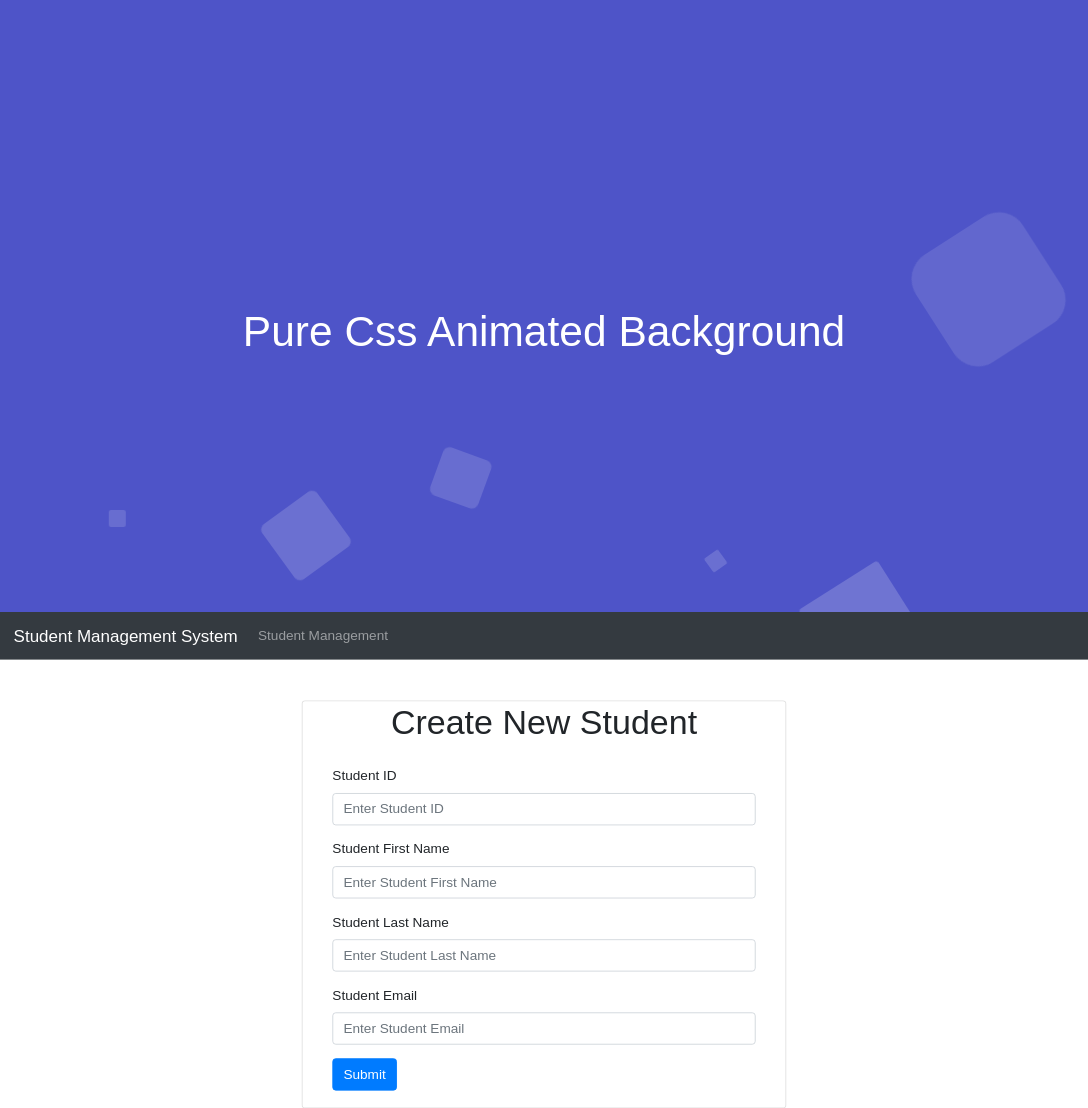
Repository: Luckysenapati/student-management-system
Page: http://localhost/create_student
The author's editor kept a copy of each file at every save. The page is drawn from the files as they stood at one save, then again after the next save.
The browser window is 1280 px wide. The pictures show the whole page, at 85% of full size.
Some web fonts or font styles are not loaded; a fallback is used. The page is this project's Thymeleaf template; nobody is signed in. The template is opened directly, without the code that normally fills it, so the values that code supplies are empty.

Above is the page before, as saved 2024-12-22 15:27:41.

After the next save:
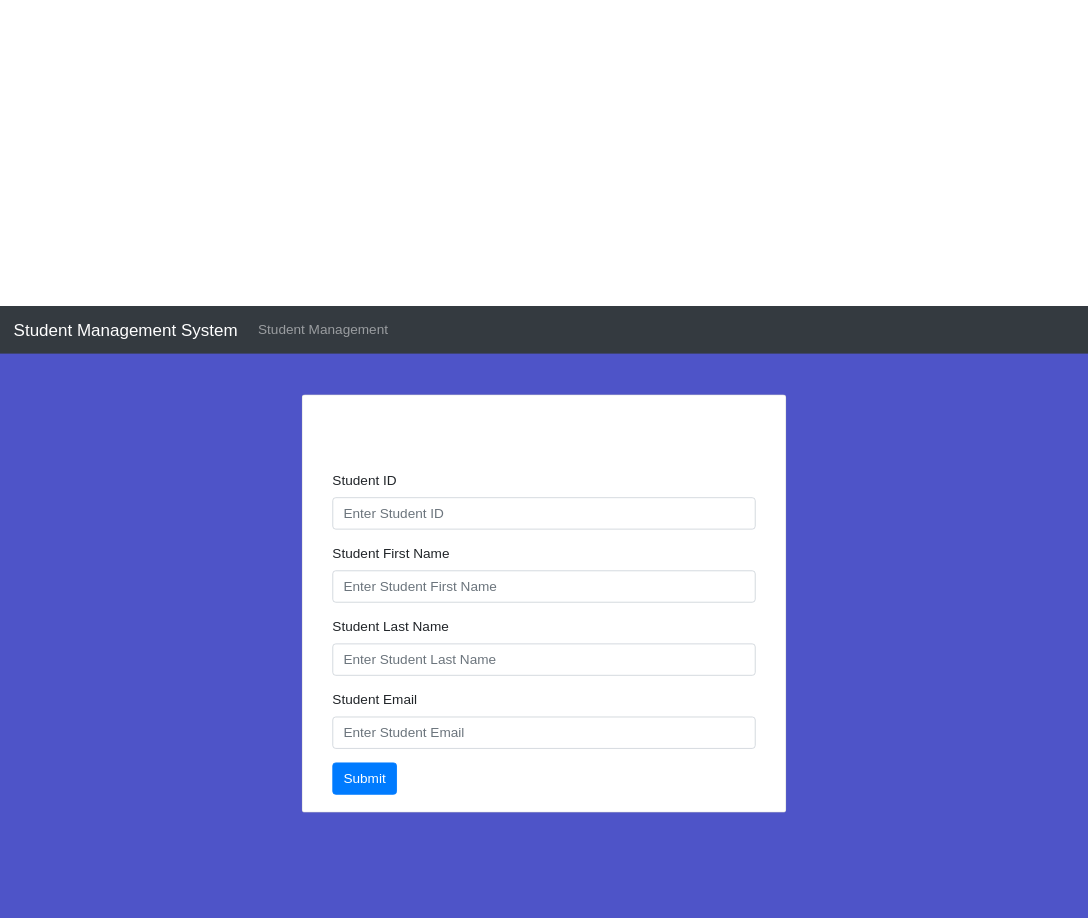
Saved 3 min 0 s later.
--- a/springboot project Gr11/student-management-system/src/main/resources/templates/create_student.html
+++ b/springboot project Gr11/student-management-system/src/main/resources/templates/create_student.html
@@ -161,24 +161,10 @@
 </head>
 <body>
 	   <div class="context">
-	        <h1>Pure Css Animated Background</h1>
-	    </div>
-
 
 	<div class="area" >
-	            <ul class="circles">
-	                    <li></li>
-	                    <li></li>
-	                    <li></li>
-	                    <li></li>
-	                    <li></li>
-	                    <li></li>
-	                    <li></li>
-	                    <li></li>
-	                    <li></li>
-	                    <li></li>
-	            </ul>
-	    </div >
+
+
 
 <nav class="navbar navbar-expand-md bg-dark navbar-dark">
   <!-- Brand -->
@@ -261,5 +247,7 @@
 			</div>
 		</div>
 	</div>
+	</div >
+</div>
 </body>
 </html>
